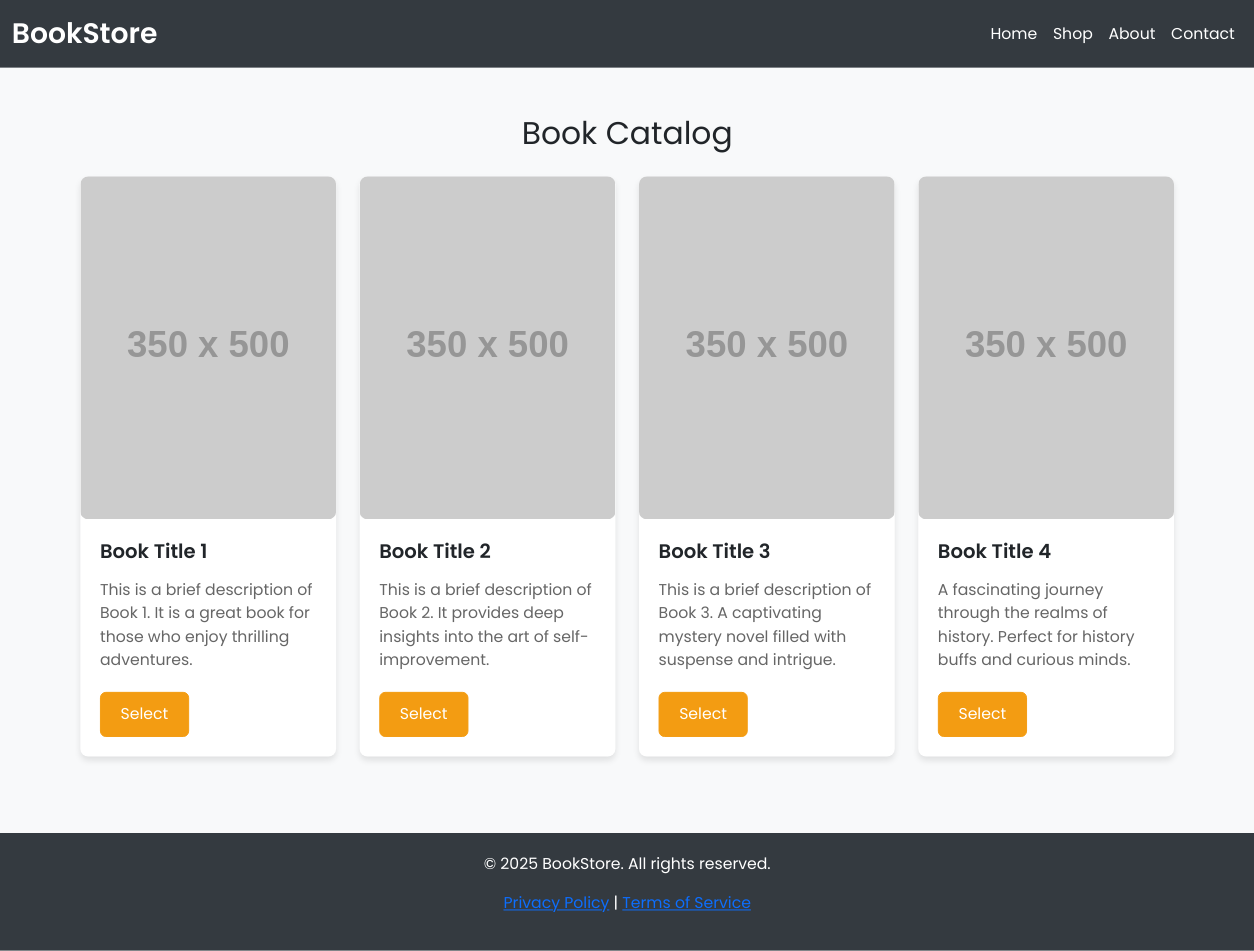
Repository: Cr7Mujassam/Book_Store
Page: http://localhost/bookStore/WEB-INF/jsp/fiction.jsp
An editor plug-in stored every save of this project. The page is shown before and after the next save, followed by the edit.
The browser window is 1280 px wide. The pictures show the whole page, at 98% of full size.
The page is served by Tomcat 9. Nobody is signed in. Other server files are loaded and not shown. The template is opened directly, without the code that normally fills it, so the values that code supplies are empty.

Above is the page before, as saved 2025-01-26 12:34:09.

### bookStore/src/main/webapp/WEB-INF/jsp/fiction.jsp
<%@ page language="java" contentType="text/html; charset=UTF-8"
    pageEncoding="UTF-8"%>
<!DOCTYPE html>
<html lang="en">
<head>
    <meta charset="UTF-8">
    <meta name="viewport" content="width=device-width, initial-scale=1.0">
    <meta http-equiv="X-UA-Compatible" content="ie=edge">
    <title>Book Catalog</title>
    <link href="https://fonts.googleapis.com/css2?family=Poppins:wght@300;400;600&display=swap" rel="stylesheet">
    <link href="https://cdn.jsdelivr.net/npm/bootstrap@5.3.0-alpha1/dist/css/bootstrap.min.css" rel="stylesheet">
    <style>
        body {
            font-family: 'Poppins', sans-serif;
            background-color: #f8f9fa;
        }

        .navbar {
            background-color: #343a40;
        }

        .navbar-brand {
            color: #ffffff;
            font-size: 1.8rem;
            font-weight: 600;
        }

        .navbar-nav .nav-link {
            color: #ffffff !important;
            font-weight: 500;
        }

        .navbar-nav .nav-link:hover {
            color: #f39c12 !important;
        }

        .card {
            border: none;
            margin-bottom: 30px;
            border-radius: 8px;
            box-shadow: 0 4px 6px rgba(0, 0, 0, 0.1);
            transition: transform 0.3s ease, box-shadow 0.3s ease;
        }

        .card img {
            max-height: 350px;
            object-fit: cover;
            border-radius: 8px;
        }

        .card-body {
            padding: 1.25rem;
        }

        .card-title {
            font-weight: 600;
            font-size: 1.25rem;
            margin-bottom: 1rem;
        }

        .card-text {
            color: #666;
            font-size: 1rem;
            margin-bottom: 1.25rem;
        }

        .btn-primary {
            background-color: #f39c12;
            border-color: #f39c12;
            font-size: 1rem;
            padding: 10px 20px;
        }

        .btn-primary:hover {
            background-color: #e67e22;
            border-color: #e67e22;
        }

        .footer {
            background-color: #343a40;
            color: #fff;
            text-align: center;
            padding: 20px;
        }

        .card:hover {
            transform: translateY(-5px);
            box-shadow: 0 10px 20px rgba(0, 0, 0, 0.1);
        }
    </style>
</head>
<body>

    <!-- Navbar -->
    <nav class="navbar navbar-expand-lg navbar-dark">
        <div class="container-fluid">
            <a class="navbar-brand" href="#">BookStore</a>
            <button class="navbar-toggler" type="button" data-bs-toggle="collapse" data-bs-target="#navbarNav" aria-controls="navbarNav" aria-expanded="false" aria-label="Toggle navigation">
                <span class="navbar-toggler-icon"></span>
            </button>
            <div class="collapse navbar-collapse" id="navbarNav">
                <ul class="navbar-nav ms-auto">
                    <li class="nav-item">
                        <a class="nav-link" href="#">Home</a>
                    </li>
                    <li class="nav-item">
                        <a class="nav-link" href="#">Shop</a>
                    </li>
                    <li class="nav-item">
                        <a class="nav-link" href="#">About</a>
                    </li>
                    <li class="nav-item">
                        <a class="nav-link" href="#">Contact</a>
                    </li>
                </ul>
            </div>
        </div>
    </nav>

    <!-- Catalog Section -->
    <div class="container my-5">
        <h2 class="text-center mb-4">Book Catalog</h2>
        <div class="row g-4">
            <!-- Book 1 -->
            <div class="col-12 col-sm-6 col-md-4 col-lg-3">
                <div class="card">
                    <img src="https://via.placeholder.com/350x500" class="card-img-top" alt="Book 1">
                    <div class="card-body">
                        <h5 class="card-title">Book Title 1</h5>
                        <p class="card-text">This is a brief description of Book 1. It is a great book for those who enjoy thrilling adventures.</p>
                        <a href="#" class="btn btn-primary">Select</a>
                    </div>
                </div>
            </div>

            <!-- Book 2 -->
            <div class="col-12 col-sm-6 col-md-4 col-lg-3">
                <div class="card">
                    <img src="https://via.placeholder.com/350x500" class="card-img-top" alt="Book 2">
                    <div class="card-body">
                        <h5 class="card-title">Book Title 2</h5>
                        <p class="card-text">This is a brief description of Book 2. It provides deep insights into the art of self-improvement.</p>
                        <a href="#" class="btn btn-primary">Select</a>
                    </div>
                </div>
            </div>

            <!-- Book 3 -->
            <div class="col-12 col-sm-6 col-md-4 col-lg-3">
                <div class="card">
                    <img src="https://via.placeholder.com/350x500" class="card-img-top" alt="Book 3">
                    <div class="card-body">
                        <h5 class="card-title">Book Title 3</h5>
                        <p class="card-text">This is a brief description of Book 3. A captivating mystery novel filled with suspense and intrigue.</p>
                        <a href="#" class="btn btn-primary">Select</a>
                    </div>
                </div>
            </div>

            <!-- Book 4 -->
            <div class="col-12 col-sm-6 col-md-4 col-lg-3">
                <div class="card">
                    <img src="https://via.placeholder.com/350x500" class="card-img-top" alt="Book 4">
                    <div class="card-body">
                        <h5 class="card-title">Book Title 4</h5>
                        <p class="card-text">A fascinating journey through the realms of history. Perfect for history buffs and curious minds.</p>
                        <a href="#" class="btn btn-primary">Select</a>
                    </div>
                </div>
            </div>

            <!-- Add more books here -->
        </div>
    </div>

    <!-- Footer -->
    <footer class="footer">
        <p>&copy; 2025 BookStore. All rights reserved.</p>
        <p><a href="#">Privacy Policy</a> | <a href="#">Terms of Service</a></p>
    </footer>

    <script src="https://cdn.jsdelivr.net/npm/bootstrap@5.3.0-alpha1/dist/js/bootstrap.bundle.min.js"></script>
</body>
</html>

After the next save:
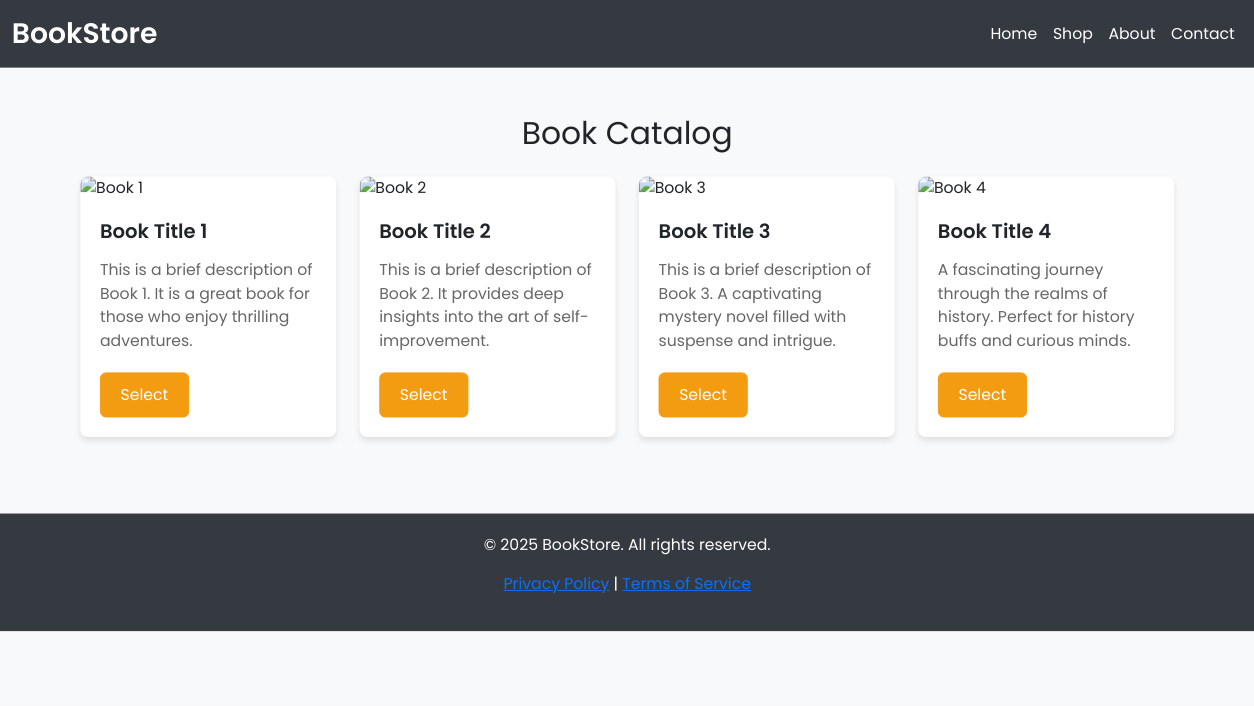
Saved 3 min 56 s later.
--- a/bookStore/src/main/webapp/WEB-INF/jsp/fiction.jsp
+++ b/bookStore/src/main/webapp/WEB-INF/jsp/fiction.jsp
@@ -124,7 +124,7 @@
             <!-- Book 1 -->
             <div class="col-12 col-sm-6 col-md-4 col-lg-3">
                 <div class="card">
-                    <img src="https://via.placeholder.com/350x500" class="card-img-top" alt="Book 1">
+                    <img src="" class="card-img-top" alt="Book 1">
                     <div class="card-body">
                         <h5 class="card-title">Book Title 1</h5>
                         <p class="card-text">This is a brief description of Book 1. It is a great book for those who enjoy thrilling adventures.</p>
@@ -136,7 +136,7 @@
             <!-- Book 2 -->
             <div class="col-12 col-sm-6 col-md-4 col-lg-3">
                 <div class="card">
-                    <img src="https://via.placeholder.com/350x500" class="card-img-top" alt="Book 2">
+                    <img src="" class="card-img-top" alt="Book 2">
                     <div class="card-body">
                         <h5 class="card-title">Book Title 2</h5>
                         <p class="card-text">This is a brief description of Book 2. It provides deep insights into the art of self-improvement.</p>
@@ -148,7 +148,7 @@
             <!-- Book 3 -->
             <div class="col-12 col-sm-6 col-md-4 col-lg-3">
                 <div class="card">
-                    <img src="https://via.placeholder.com/350x500" class="card-img-top" alt="Book 3">
+                    <img src="" class="card-img-top" alt="Book 3">
                     <div class="card-body">
                         <h5 class="card-title">Book Title 3</h5>
                         <p class="card-text">This is a brief description of Book 3. A captivating mystery novel filled with suspense and intrigue.</p>
@@ -160,7 +160,7 @@
             <!-- Book 4 -->
             <div class="col-12 col-sm-6 col-md-4 col-lg-3">
                 <div class="card">
-                    <img src="https://via.placeholder.com/350x500" class="card-img-top" alt="Book 4">
+                    <img src="" class="card-img-top" alt="Book 4">
                     <div class="card-body">
                         <h5 class="card-title">Book Title 4</h5>
                         <p class="card-text">A fascinating journey through the realms of history. Perfect for history buffs and curious minds.</p>
